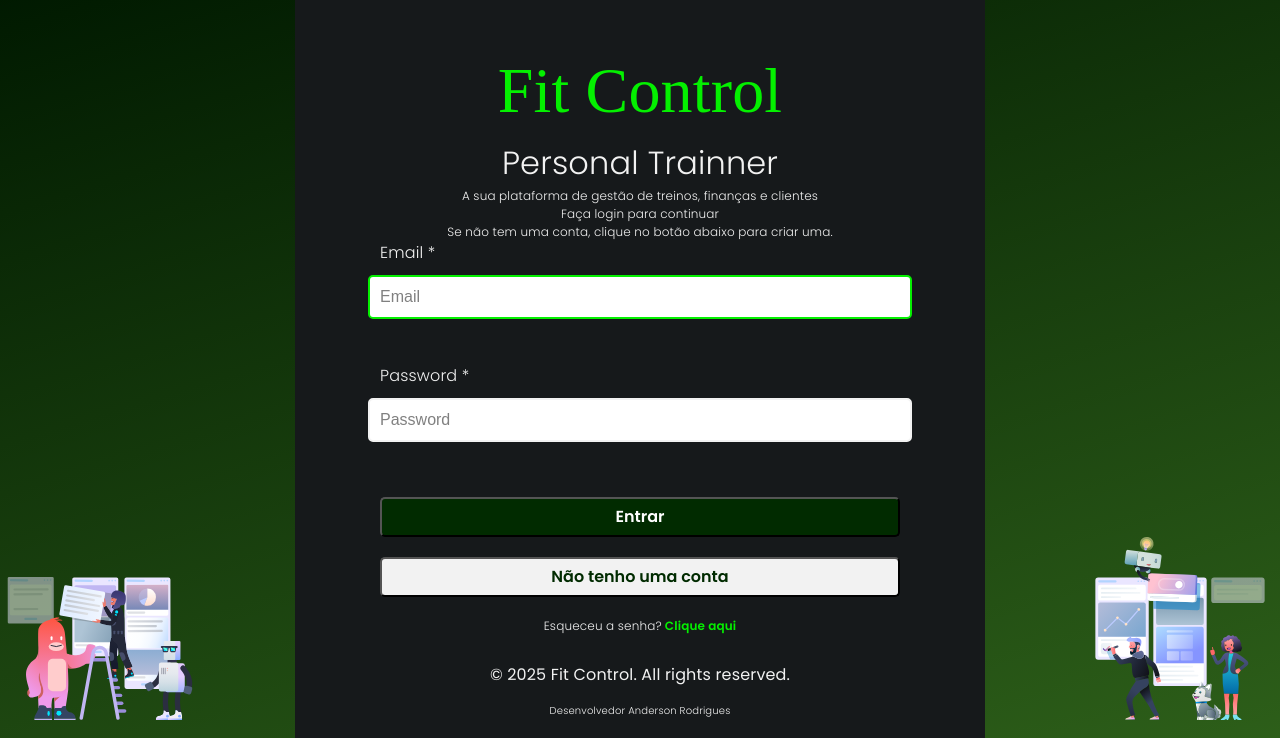
Repository: fit-control/frontend-fit-control
Page: /
The author's editor kept a copy of each file at every save. The page is drawn from the files as they stood at one save, then again after the next save.
The browser window is 1280 px wide. The pictures show the whole page.
The page's requests for data from a server got no answer. Some web fonts or font styles are not loaded; a fallback is used. The project was rebuilt for these pictures with package versions that can differ from the ones it lists, and the page was loaded fresh each time. No one was signed in, and anything a server would have sent is missing. Also part of the build but not shown: next.config.js, vite.config.ts, src/components/containerCenterCadastro.tsx, src/pages/About.tsx, src/pages/NotFound.tsx, src/components/AuthRoutes.tsx, src/pages/PaginaTeste.tsx.

Above is the page before, as saved 2025-03-23 19:20:10.

After the next save:
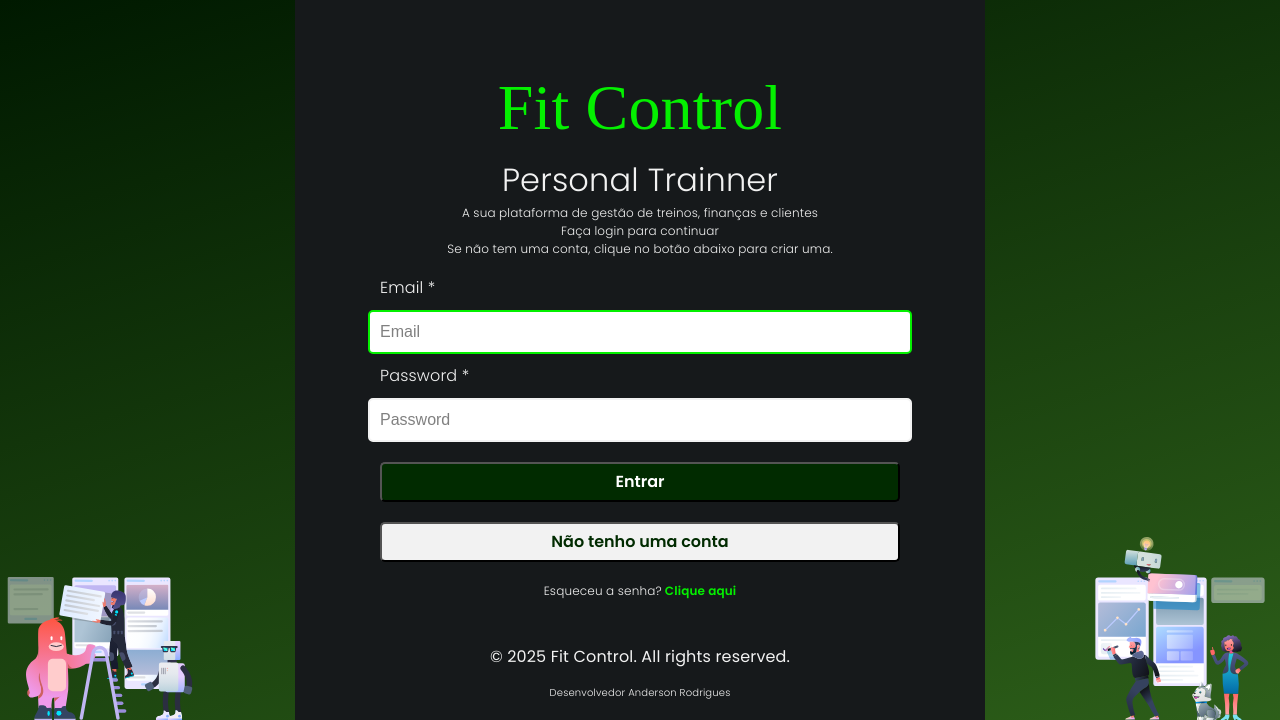
Saved 8 min 49 s later.
--- a/src/App.css
+++ b/src/App.css
@@ -145,7 +145,7 @@ body {
         width: 84%;
         border-radius: 5px;
         height: 40px;
-        margin-bottom: 10px;
+        margin: 10px;
       }
       input {
         width: 80%;
@@ -158,7 +158,6 @@ body {
         font-size: 16px;
         font-weight: 300;
         outline: none;
-        margin-bottom: 35px;
         transition: all 0.3s ease;
         &::placeholder {
           color: gray;
@@ -173,6 +172,7 @@ body {
         border: 2px solid red !important;
       }
       .input-text-error {
+        margin: 0;
         color: red !important;
         font-weight: 300 !important;
       }
